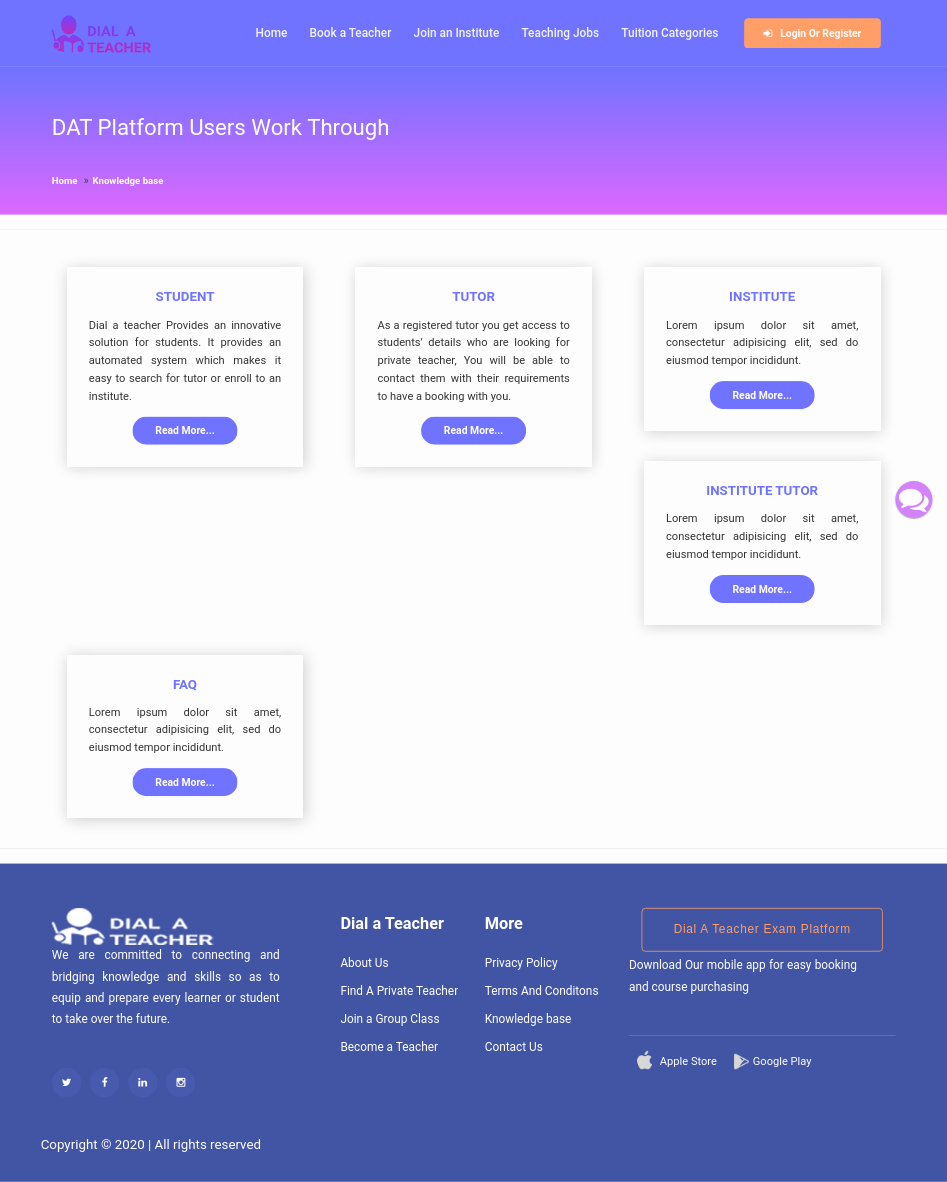
Repository: Samkiroko/DAT_knowledge
Page: faqs.html
The author's editor kept a copy of each file at every save. The page is drawn from the files as they stood at one save, then again after the next save.
The browser window is 1280 px wide. The pictures show the whole page, at 74% of full size.

Above is the page before, as saved 2020-12-16 15:52:29.
Console error: TypeError: e.indexOf is not a function

After the next save:
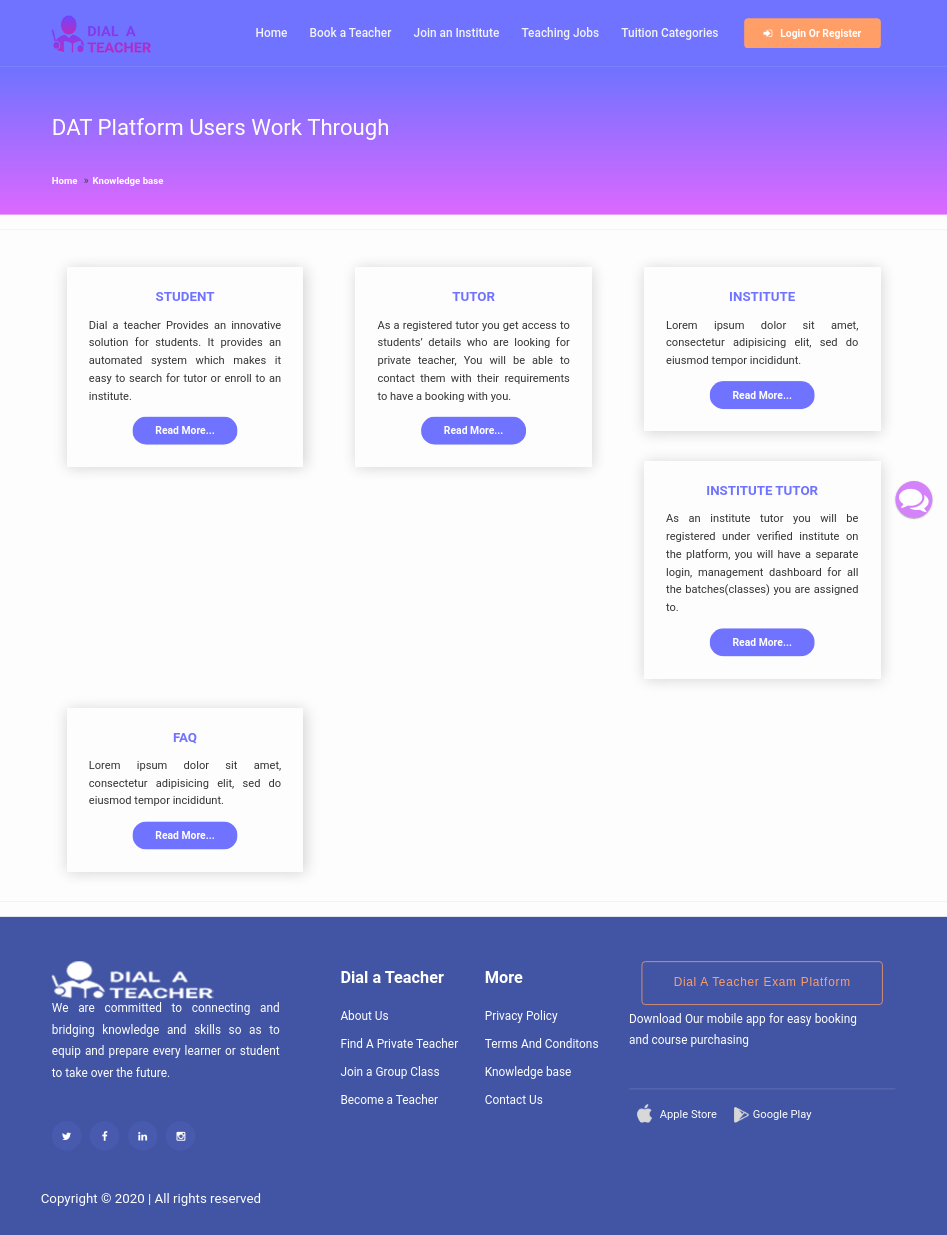
Saved 27 s later.
--- a/faqs.html
+++ b/faqs.html
@@ -171,8 +171,9 @@
                         <a href="ttinstDashboard.html" class="mwb-documentation-section__lists
                         overflow" data-aos="flip-up">
                             <h3>INSTITUTE TUTOR</h3>
-                            <p>Lorem ipsum dolor sit amet, consectetur adipisicing elit, sed do eiusmod tempor
-                                incididunt.</p>
+                            <p>As an institute tutor you will be registered under verified institute on the platform,
+                                you will have a separate login, management dashboard for all the batches(classes) you
+                                are assigned to.</p>
                             <button type="button" class="mwb-primary-btn mwb-documentation-section__btn">Read
                                 more...</button>
                         </a>
